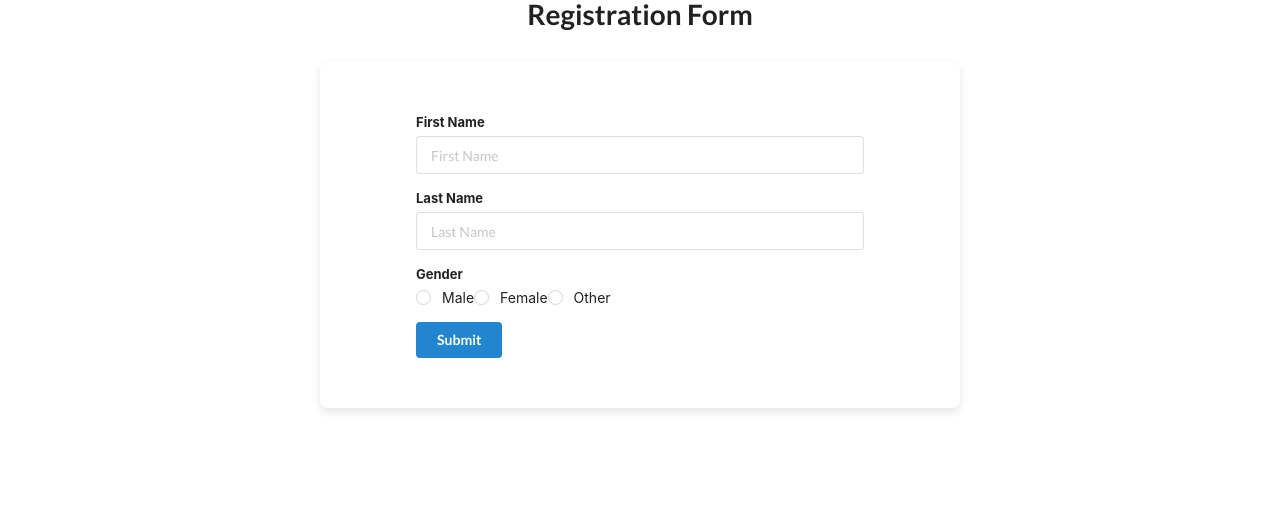
Repository: Wahid137/registration-form
Page: /
The author's editor kept a copy of each file at every save. The page is drawn from the files as they stood at one save, then again after a run of saves.
The browser window is 1280 px wide. The pictures show the whole page.
The project was rebuilt for these pictures with package versions that can differ from the ones it lists, and the page was loaded fresh each time. Also part of the build but not shown: src/App.css.

Above is the page before, as saved 2024-05-01 11:49:11.

After the next 2 saves:
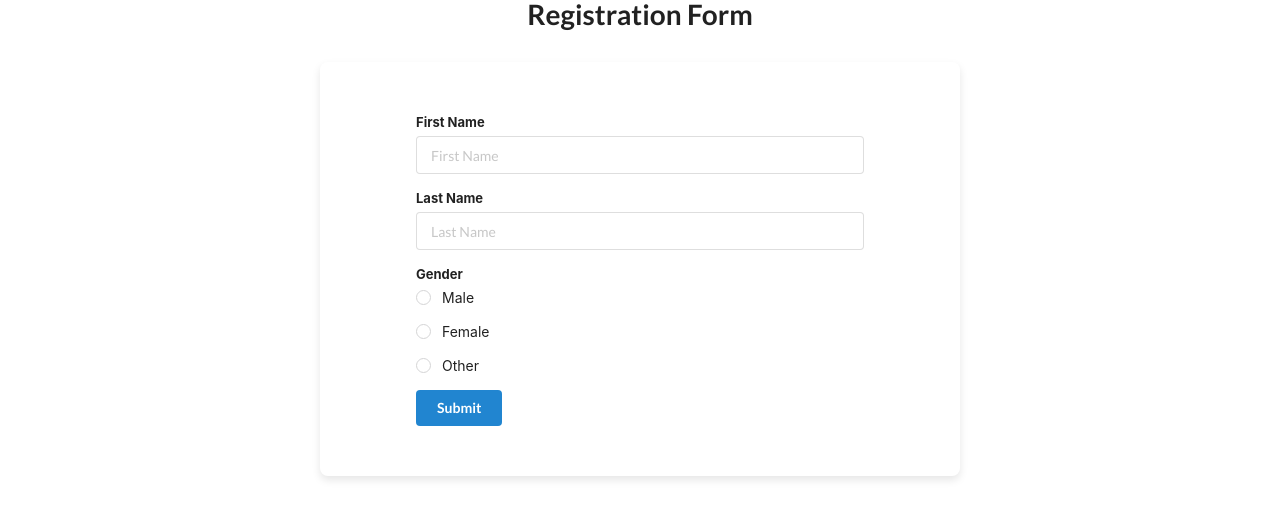
The 2 saves are shown as one change because 1 did not build or start.
The last was saved 2 min 17 s later.
--- a/src/components/Register.js
+++ b/src/components/Register.js
@@ -6,6 +6,13 @@ import { Button, Container, Form, FormField, Radio } from "semantic-ui-react";
 const Register = () => {
     // Initialize React Hook Form
     const { register, handleSubmit, formState: { errors }, reset } = useForm();
+
+    // State to hold form data
+    const [formData, setFormData] = useState({
+        firstName: "",
+        lastName: "",
+        gender: "",
+    });
 
     // State to hold errors
     const [formErrors, setFormErrors] = useState({});
@@ -51,6 +58,11 @@ const Register = () => {
         console.log(data);
         reset(); // Reset the form after successful submission
         setFormErrors({}); // Clear all errors after successful submission
+    };
+
+    const handleGenderChange = (value) => {
+        setFormData({ ...formData, gender: value });
+        setFormErrors({ ...formErrors, gender: undefined });
     };
 
     return (
@@ -100,17 +112,17 @@ const Register = () => {
                 <div style={{ marginBottom: "1rem" }}>
                     <FormField error={formErrors.gender !== undefined}>
                         <label>Gender</label>
-                        <FormField>
-                            {genderOptions.map(option => (
+                        {genderOptions.map(option => (
+                            <Form.Field key={option.key}>
                                 <Radio
-                                    key={option.key}
                                     label={option.text}
+                                    name="gender"
                                     value={option.value}
-                                    {...register("gender")}
-                                    className={formErrors.gender ? "error" : ""}
+                                    checked={formData.gender === option.value}
+                                    onChange={() => handleGenderChange(option.value)}
                                 />
-                            ))}
-                        </FormField>
+                            </Form.Field>
+                        ))}
                         {formErrors.gender && (
                             <div className="ui pointing red basic label">
                                 {formErrors.gender}
